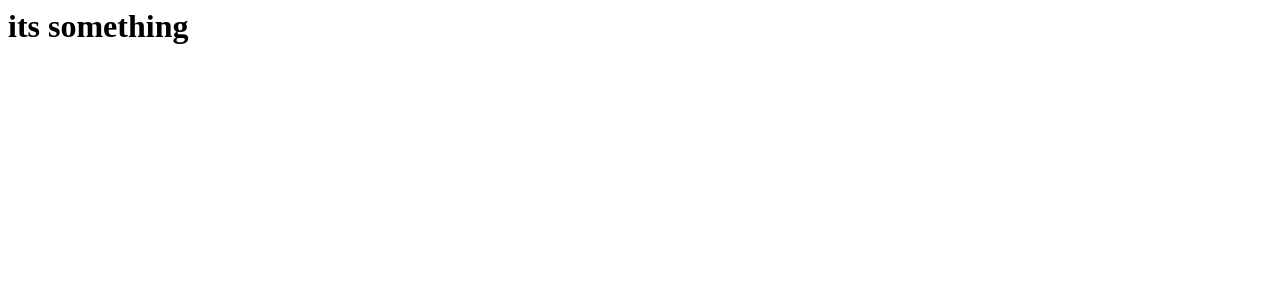
Repository: LauLupu/Progetto
Page: http://localhost/About
These files come from the project's save history. The page is drawn as it stood at one moment and after the next save; the edit follows.
The browser window is 1280 px wide. The pictures show the whole page.
The page is served by the project's Laravel application, run on PHP 8.4 with Laravel 8. Other server files are loaded and not shown.

Above is the page before, as saved 2021-08-14 04:16:20.

### routes/web.php
<?php

use App\Http\Controllers\inventoryController;
use Illuminate\Support\Facades\Route;

/*
|--------------------------------------------------------------------------
| Web Routes
|--------------------------------------------------------------------------
|
| Here is where you can register web routes for your application. These
| routes are loaded by the RouteServiceProvider within a group which
| contains the "web" middleware group. Now create something great!
|
*/

Route::get('/', function () {
    return view('home');
});

Route::get('/About', function () {
    return view('About');
});

Route::get('list',[inventoryController::class,'show']);

Route::get('/dashboard', function () {
    return view('dashboard');
})->middleware(['auth'])->name('dashboard');

require __DIR__.'/auth.php';

### resources/views/About.blade.php
<h1>its something</h1>

Loaded but not shown: routes/auth.php (common file)

After the next save:
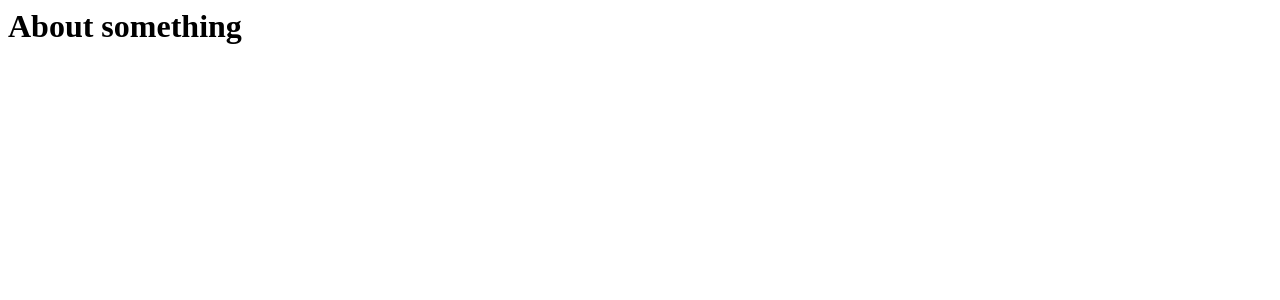
Saved 34 s later.
--- a/resources/views/About.blade.php
+++ b/resources/views/About.blade.php
@@ -1 +1 @@
-<h1>its something</h1>
+<h1>About something</h1>
